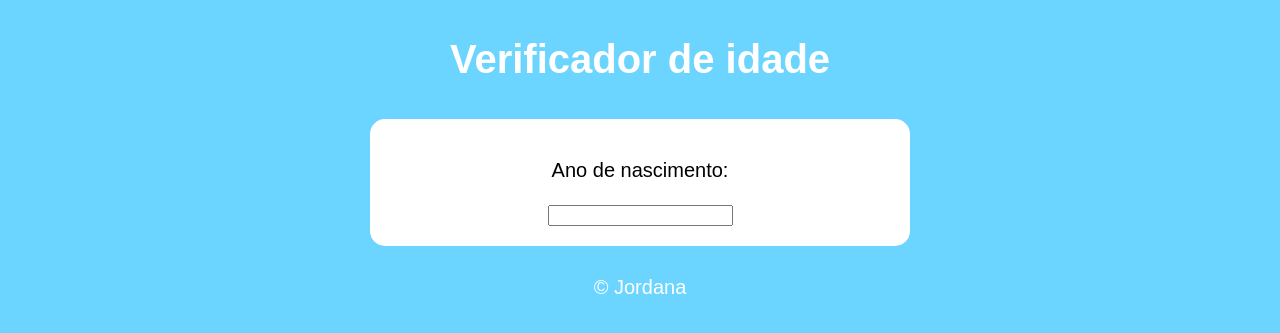
Repository: Iamjordana/Curso-JavaScript
Page: desafio/d02/index.html
An editor plug-in stored every save of this project. The page is shown before and after a run of saves, followed by the edit.
The browser window is 1280 px wide. The pictures show the whole page.

Above is the page before, as saved 2025-02-20 13:37:54.

### desafio/d02/index.html
<!DOCTYPE html>
<html lang="pt-br">
<head>
    <meta charset="UTF-8">
    <meta name="viewport" content="width=device-width, initial-scale=1.0">
    <title>Modelo Exercicio 2</title>
    <link rel="stylesheet" href="style.css">
</head>
<body>
    <header>
        <h1>Verificador de idade</h1>
    </header>
    <section>
        <div>
           <p>Ano de nascimento:</p>
           <input type="number">
        </div>
        <div id="res">

        </div>
    </section>
    <footer>
        <p>&copy; Jordana</p>
    </footer>
    <script src="script.js"></script>
</body>
</html>

### desafio/d02/style.css
@charset "UTF-8";

body {
  font: normal 15pt Arial, sans-serif;
  background-color: #6bd5ff;
  margin: 0;
  padding: 0;
}

header {
  color: white;
  text-align: center;
  padding: 10px 0;
}

div {
  margin: 0 auto;
  width: 80%;
  text-align: center;
}

section {
  background-color: white;
  padding: 20px;
  border-radius: 15px;
  width: 500px;
  margin: auto;
}

footer {
  color: #ffffff;
  text-align: center;
  padding: 10px 0;
  border-radius: 15px;
}

Loaded but not shown: desafio/d02/script.js (no copy from this time; the picture is the same without it)

After the next 9 saves:
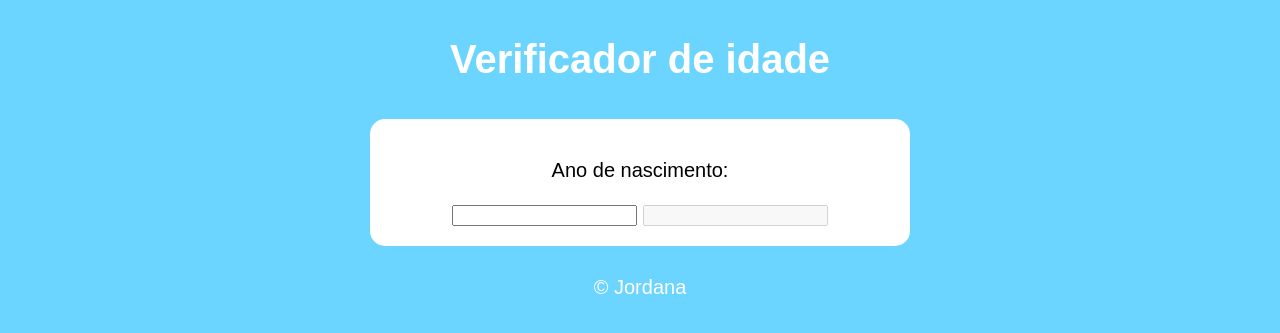
The 9 saves are shown as one change because they came seconds apart.
The last was saved 36 s later.
--- a/desafio/d02/index.html
+++ b/desafio/d02/index.html
@@ -13,7 +13,8 @@
     <section>
         <div>
            <p>Ano de nascimento:</p>
-           <input type="number">
+           <input type="number" name="txtano" id="txtano" min="0">
+           <input type="text" name="res" id="res" disabled>
         </div>
         <div id="res">
 
